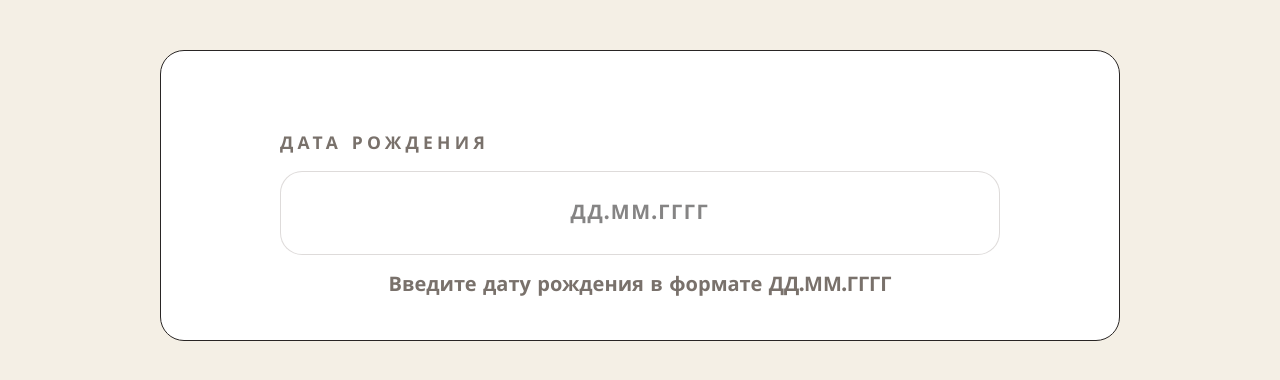
Repository: kirill-dorkin/mom3
Page: /
The author's editor kept a copy of each file at every save. The page is drawn from the files as they stood at one save, then again after the next save.
The browser window is 1280 px wide. The pictures show the whole page.
The project was rebuilt for these pictures with package versions that can differ from the ones it lists, and the page was loaded fresh each time. Also part of the build but not shown: vite.config.ts, src/web/components/BirthHealthSquare.tsx, src/web/components/BookPersonalEnergogram.tsx, src/web/components/QuersumTriangle.tsx.

Above is the page before, as saved 2026-03-04 22:13:15.

After the next save:
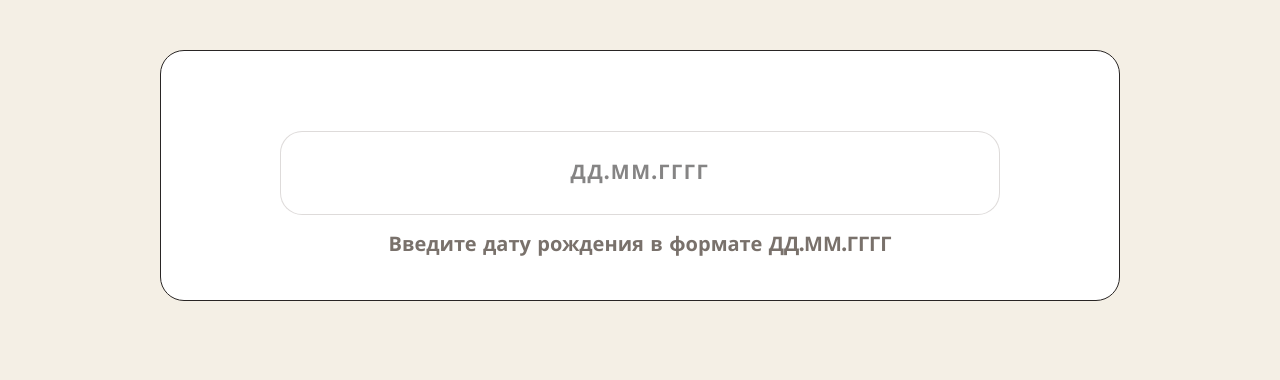
Saved 8 s later.
--- a/src/web/FocusedBookPage.tsx
+++ b/src/web/FocusedBookPage.tsx
@@ -138,9 +138,6 @@ export function FocusedBookPage() {
       <main className="mx-auto flex w-full max-w-[92rem] flex-col items-center gap-8 px-4 py-6 sm:px-6 lg:px-8 lg:py-10">
         <section className="w-full max-w-3xl rounded-[1.2rem] border-[1.5px] border-stone-800 bg-white px-5 py-8 text-center sm:px-8">
           <div className="mx-auto mt-8 flex max-w-xl flex-col items-center gap-3">
-            <label className="w-full text-left text-sm font-bold uppercase tracking-[0.24em] text-stone-500" htmlFor="birth-date">
-              Дата рождения
-            </label>
             <input
               className={`w-full rounded-[1.1rem] border px-6 py-5 text-center text-3xl font-bold tracking-[0.08em] text-stone-950 shadow-[inset_0_1px_0_rgba(255,255,255,0.7)] outline-none transition focus:scale-[1.01] focus:ring-4 focus:ring-stone-300/40 ${inputTone(dateValidation.status)}`}
               id="birth-date"
